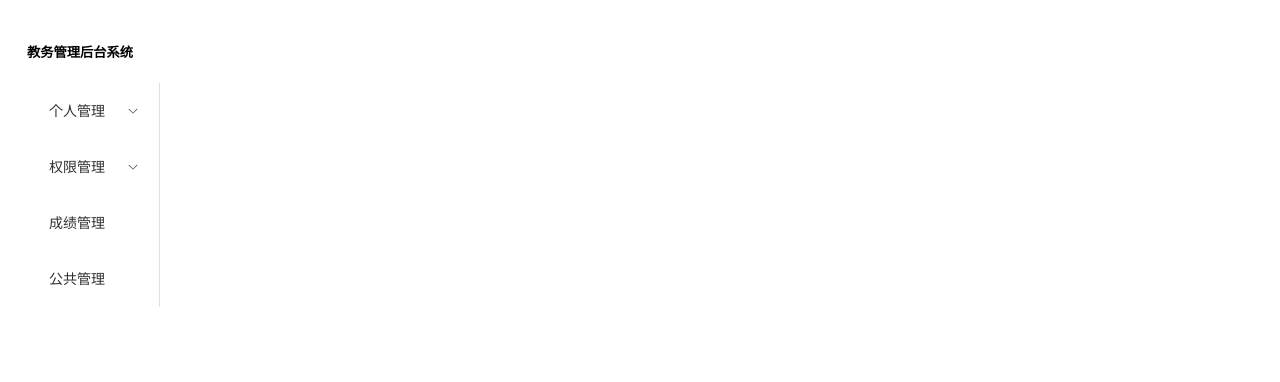
Repository: songlin-q/EducationalAdministrationSysTem
Page: /MainInfo (app in EducationalAdministrationSystemUI/educationsystem/)
An editor plug-in stored every save of this project. The page is shown before and after the next save, followed by the edit.
The browser window is 1280 px wide. The pictures show the whole page.
The project was rebuilt for these pictures with package versions that can differ from the ones it lists, and the page was loaded fresh each time. Also part of the build but not shown: EducationalAdministrationSystemUI/educationsystem/vue.config.js, EducationalAdministrationSystemUI/educationsystem/src/components/HelloWorld.vue, EducationalAdministrationSystemUI/educationsystem/src/components/Identity/IdentityCode.vue, EducationalAdministrationSystemUI/educationsystem/src/components/Identity/IdentityCode2.vue, EducationalAdministrationSystemUI/educationsystem/src/components/MainOne.vue.

Above is the page before, as saved 2022-05-24 11:47:14.

### EducationalAdministrationSystemUI/educationsystem/src/main.js

import { createApp } from 'vue'
import ElementPlus from 'element-plus'
import 'element-plus/dist/index.css'

import App from './App.vue'
import './assets/css/global.css'//引入全局样式表
import Router from './router/index'

// axios.defaults.baseURL="http://localhost:5072/";//基本路径

var app=createApp(App);
// app.config.globalProperties.$http=axios
app.use(ElementPlus);
app.use(Router);

app.mount('#app')

### EducationalAdministrationSystemUI/educationsystem/src/App.vue
<template>
  <router-view></router-view>
</template>

<script>
export default {
  name: "App",
};
</script>

<style>
#app {
  font-family: Avenir, Helvetica, Arial, sans-serif;
  -webkit-font-smoothing: antialiased;
  -moz-osx-font-smoothing: grayscale;
  text-align: center;
  color: #2c3e50;
  margin-top: 60px;
}
</style>

### EducationalAdministrationSystemUI/educationsystem/src/assets/css/global.css
/* 全局样式表 */
html,
body,
#app {
    height: 100%;
    margin: 0;
    padding: 0;
    color: black;
}

### EducationalAdministrationSystemUI/educationsystem/src/router/index.js
import { createWebHistory, createRouter,RootRecordRaw } from 'vue-router'//导入路由
import HelloWorld from '../components/HelloWorld.vue'
import MainInfo from '../components/MainInfo.vue'
import LoginInfo from '../components/LoginInfo.vue'
import MainOne from '../components/MainOne.vue'
//定义路由
const routes = [{
    path: '/',//组件一，path和component可以乱写，
                       //只要保持path与前面to，component和import两处相同即可
    component: LoginInfo,
    name:LoginInfo


},
{
    path: '/Reedit',//组件一，path和component可以乱写，
                       //只要保持path与前面to，component和import两处相同即可
    component: MainInfo,
    name:MainInfo,

},
{
    path: '/HelloWorld',//组件一，path和component可以乱写，
                       //只要保持path与前面to，component和import两处相同即可
    component: HelloWorld,
    name:HelloWorld,

},
{
    path: '/MainOne',//组件一，path和component可以乱写，
                       //只要保持path与前面to，component和import两处相同即可
    component: MainOne,
    name:MainOne,

},
{
    path: '/MainInfo',//组件一，path和component可以乱写，
                       //只要保持path与前面to，component和import两处相同即可
    component: MainInfo,
    name:MainInfo,

}
]
const router = createRouter({
    history: createWebHistory(),
    routes
  })

  export default router

### EducationalAdministrationSystemUI/educationsystem/src/components/MainInfo.vue
<template>
<el-row>

</el-row>
  <el-row class="tac">
    <el-col :span="3">
      <h5 class="mb-2">教务管理后台系统</h5>
      <el-menu
        default-active="2"
        class="el-menu-vertical-demo"
        @open="handleOpen"
        @close="handleClose"
      >
        <el-sub-menu index="1">
          <template #title>
            <el-icon><location /></el-icon>
            <span>个人管理</span>
          </template>
        </el-sub-menu>
        <el-sub-menu index="2">
          <template #title>
            <el-icon><icon-menu /></el-icon>
            <span>权限管理</span>
          </template>
          <el-menu-item index="1-1">角色管理</el-menu-item>
          <el-menu-item index="1-2">用户管理</el-menu-item>
        </el-sub-menu>
        <el-menu-item index="3">
          <el-icon><document /></el-icon>
          <span>成绩管理</span>
        </el-menu-item>
        <el-menu-item index="4">
          <el-icon><setting /></el-icon>
          <span>公共管理</span>
        </el-menu-item>
      </el-menu>
    </el-col>
  </el-row>
</template>
<script>
import {
  Document,
  Menu as IconMenu,
  Location,
  Setting,
} from "@element-plus/icons-vue";
import { GetJwtStr } from "../api/api";
export default {
  data() {
    return {
      values: "",
    };
  },
  methods: {
    requestHttp() {
      GetJwtStr().then((res) => {
        alert(res.data);
      });
    },
  },
};
</script>

### EducationalAdministrationSystemUI/educationsystem/src/components/LoginInfo.vue
<template>
  <div style="width: 100%; height: 100%" id="bcdiv">
    <el-row
      class="row-bg"
      justify="space-evenly"
      align="middle"
      style="height: 100%"
    >
      <el-col :span="8"
        ><div class="grid-content bg-purple">
          <el-row style="width: 100%" justify="space-evenly">
            <h1>教务管理后台系统</h1>
          </el-row>
          <!-- 头像显示 -->
          <el-row>
            <el-col justify="space-evenly" style="width: 100%">
              <div class="demo-basic--circle">
                <div class="block">
                  <el-avatar :size="200" :src="circleUrl" />
                </div>
              </div>
            </el-col>
          </el-row>
          <!-- 用户名、密码输入框 -->
          <el-row style="width: 100%" justify="space-evenly">
            <el-form>
              <el-form-item label="用户名" class="colors">
                <el-input v-model="longname" placeholder="Please input" />
              </el-form-item>
              <el-form-item label="密&nbsp;&nbsp;&nbsp;&nbsp;码" class="colors">
                <el-input
                  v-model="password"
                  placeholder="Please input"
                  show-password
                />
              </el-form-item>
              <el-form-item label="验证码" class="colors">
                <el-input v-model="code" placeholder="请输入验证码" />
                <span @click.stop="refreshCode" style="cursor: pointer">
                  <s-identify :identifyCode="identifyCode"></s-identify>
                </span>
              </el-form-item>
              <!-- 按钮 -->
              <el-form-item>
                <el-button type="primary" @click="login">登录</el-button>

                <el-button @click="cancel">取消</el-button>
              </el-form-item>
              <el-form-item>
                如果你还没有账号请先<a href="#" @click="dialogVisible = true"
                  >注册</a
                >
              </el-form-item>
            </el-form>
          </el-row>

          <!-- <router-link to="/Reedit">首页</router-link>
          <router-view></router-view> -->
        </div></el-col
      >
    </el-row>
    <el-dialog
      v-model="dialogVisible"
      title="注册"
      width="30%"
      :before-close="handleClose"
    >
      <span>
        <el-form :model="userInfo">
          <el-form-item label="用户名" class="colors">
            <el-input v-model="userInfo.username" placeholder="Please input" />
          </el-form-item>
          <el-form-item label="密&nbsp;&nbsp;&nbsp;&nbsp;码" class="colors">
            <el-input
              v-model="userInfo.userPassword"
              placeholder="Please input"
              show-password
            />
          </el-form-item>
          <el-form-item label="邮&nbsp;&nbsp;&nbsp;&nbsp;箱" class="colors">
            <el-input v-model="userInfo.userEmail" placeholder="Please input" />
          </el-form-item>
          <el-form-item label="手机号" class="colors">
            <el-input v-model="userInfo.userTel" placeholder="Please input" />
          </el-form-item>
          <el-form-item label="验证码" class="colors">
            <el-input v-model="userInfo.userCode" placeholder="请输入验证码" />
            <span @click.stop="refreshCode2" style="cursor: pointer">
              <SIdentify2 :identifyCode="regeditidentifyCode"></SIdentify2>
            </span>
          </el-form-item>
        </el-form>
      </span>
      <template #footer>
        <span class="dialog-footer">
          <el-button @click="dialogVisible = false">取消</el-button>
          <el-button type="primary" @click="regeditsFun">注册</el-button>
        </span>
      </template>
    </el-dialog>
  </div>
</template>
<script>
import logoUrl from "../assets/Head.jpg";
import { ref } from "vue";

//这里验证码的组件使用的最笨的方法，后续优化的话可以只使用一个组件，将ID传入到父组件中就可以了
import SIdentify from "../components/Identity/IdentityCode.vue";
import SIdentify2 from "../components/Identity/IdentityCode2.vue";

export default {
  data() {
    return {
      longname: "张三",
      password: "123456",
      email: "442534979@qq.com",
      code: "",
      regeditcode: "",
      circleUrl: logoUrl,
      phone: "15356479454",
      dialogVisible: ref(false), //弹出层的使用
      // 图片验证码
      identifyCode: "8Hy0", //默认值
      regeditidentifyCode: "u8y7", //注册验证码
      // 验证码规则
      identifyCodes: "3456789ABCDEFGHGKMNPQRSTUVWXY",
      //创建一个用户类
      userInfo: {
        username: "李四",
        userTel: "18737890098",
        userEmail: "18737890098@q63.com",
        userCode: "",
        userPassword: "lisi",
      },
    };
  },
  components: {
    SIdentify,
    SIdentify2,
  },
  methods: {
    //登录方法
    login() {
      if (this.identifyCode.toLowerCase() == this.code.toLowerCase()) {
        //使用路由进行页面跳转
        this.$router.push({
          path: "/MainInfo",
        });
      } else {
        alert("你输入的验证码不正确!");
      }
    },
    //取消方法
    cancel() {
      alert("你已经取消登录!");
    },
    // 切换验证码
    refreshCode() {
      this.identifyCode = "";

      this.makeCode(this.identifyCodes, 4);
    },
    refreshCode2() {
      this.regeditidentifyCode = "";

      this.makeCode2(this.identifyCodes, 4);
    },
    // 生成随机验证码
    makeCode(o, l) {
      for (let i = 0; i < l; i++) {
        this.identifyCode +=
          this.identifyCodes[
            Math.floor(Math.random() * (this.identifyCodes.length - 0) + 0)
          ];
      }
    },
    makeCode2(o, l) {
      for (let i = 0; i < l; i++) {
        this.regeditidentifyCode +=
          this.identifyCodes[
            Math.floor(Math.random() * (this.identifyCodes.length - 0) + 0)
          ];
      }
    },

    //注册方法
    regeditsFun() {
      alert("你已经在注册了");
      this.dialogVisible = false;
    },
  },
};
</script>
<style>
#bcdiv {
  /* background-image: url(../assets/background.jpeg); */
  width: 100%;
  height: 100%;
  position: fixed;
  background-size: 100% 100%;
}
#LoginMainDiv {
  width: 30%;
  height: 50%;
  background-color: aqua;
}
.colors .el-form-item__label {
  color: black;
}
.demo-basic {
  text-align: center;
}
.el-row {
  margin-bottom: 1.25rem;
}
.el-row:last-child {
  margin-bottom: 0;
}
.el-col {
  border-radius: 0.25rem;
  /* background-color: antiquewhite; */
}

.bg-purple {
  height: 34.375rem;
}
.grid-content {
  border-radius: 0.25rem;
  min-height: 2.25rem;
}
</style>

### EducationalAdministrationSystemUI/educationsystem/src/api/api.js

import {doPost,doGet} from './commonRequest'

export function GetJwtStr(query) {
    return doPost('/api/Login/GetTokenInfo', query)
}

### EducationalAdministrationSystemUI/educationsystem/src/api/commonRequest.js
//公共模板方法
import request from '../utils/request'

export function doPost(url, data) {
    return request({
      url: url,
      method: 'post',
      data
    })
  }
  export function doGet(url, params) {
    return request({
      url: url,
      method: 'get',
      params
    })
  }
  // 导出Excel公用方法
export function exportMethod(url, data, filename) {
    return request({
        method: 'post',
        url: url,
        data,
        responseType: 'blob'
    }).then((res) => {
      console.log('文件开始处理')
      console.log(res)

        const link = document.createElement('a')
        const blob = new Blob([res], { type: 'application/vnd.openxmlformats-officedocument.spreadsheetml.sheet' })// { type: 'application/vnd.ms-excel' })
        link.style.display = 'none'
        link.href = URL.createObjectURL(blob)

        // link.download = res.headers['content-disposition'] //下载后文件名
        link.download = filename // 下载的文件名
        document.body.appendChild(link)
        link.click()
        document.body.removeChild(link)
    }).catch(error => {
        this.$Notice.error({
            title: '错误',
            desc: '网络连接错误'
        })
        console.log(error)
    })
  }

### EducationalAdministrationSystemUI/educationsystem/src/utils/request.js
import axios from 'axios'


// 配置访问后台接口地址
const service = axios.create({
    baseURL: "http://localhost:5072/",
    // withCredentials: true, // send cookies when cross-domain requests
    timeout: 60000 // request timeout
})

// request interceptor
export default service

Loaded but not shown: EducationalAdministrationSystemUI/educationsystem/public/index.html (common file)

After the next save:
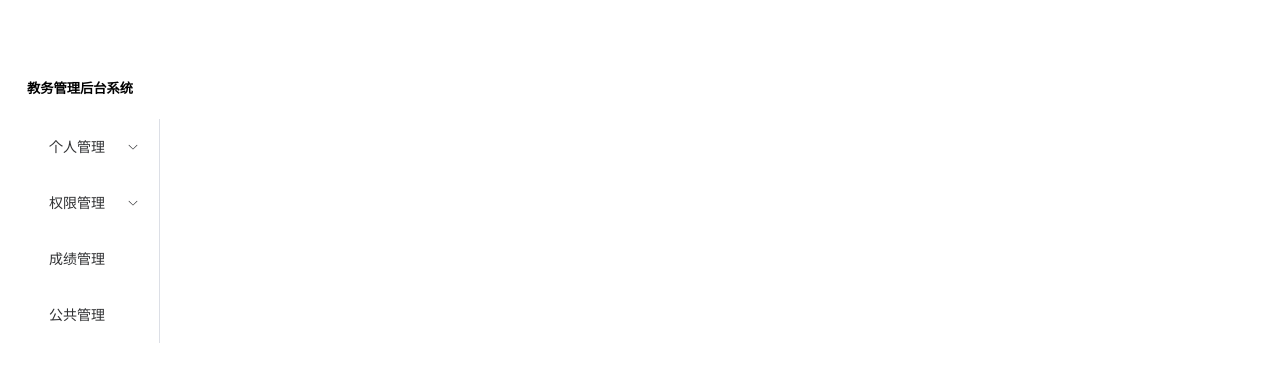
Saved 6 s later.
--- a/EducationalAdministrationSystemUI/educationsystem/src/components/MainInfo.vue
+++ b/EducationalAdministrationSystemUI/educationsystem/src/components/MainInfo.vue
@@ -1,7 +1,7 @@
 <template>
-<el-row>
-
-</el-row>
+  <el-row>
+    <el-col :span="24"><div class="grid-content bg-purple-dark" /></el-col>
+  </el-row>
   <el-row class="tac">
     <el-col :span="3">
       <h5 class="mb-2">教务管理后台系统</h5>
